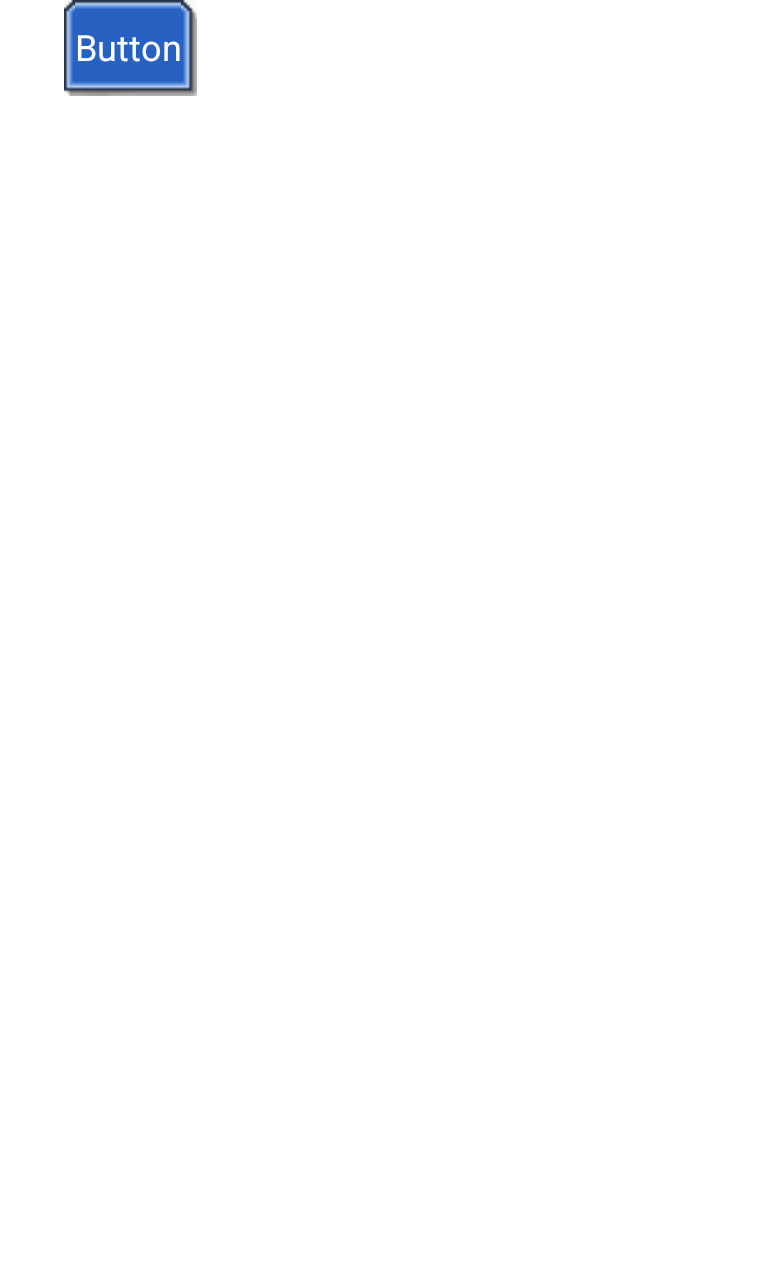
Repository: CMPUT301W13T11/classproject
Layout: FoodBook/res/layout/activity_main_screen.xml
The author's editor kept a copy of each file at every save. The layout is drawn from the files as they stood at one save, then again after the next save.
It is drawn on a 768 x 1280 px phone screen (xhdpi) without system bars, with theme AppTheme; the app's code is not run.

Above is the layout before, as saved 2013-03-06 02:19:07.

After the next save:
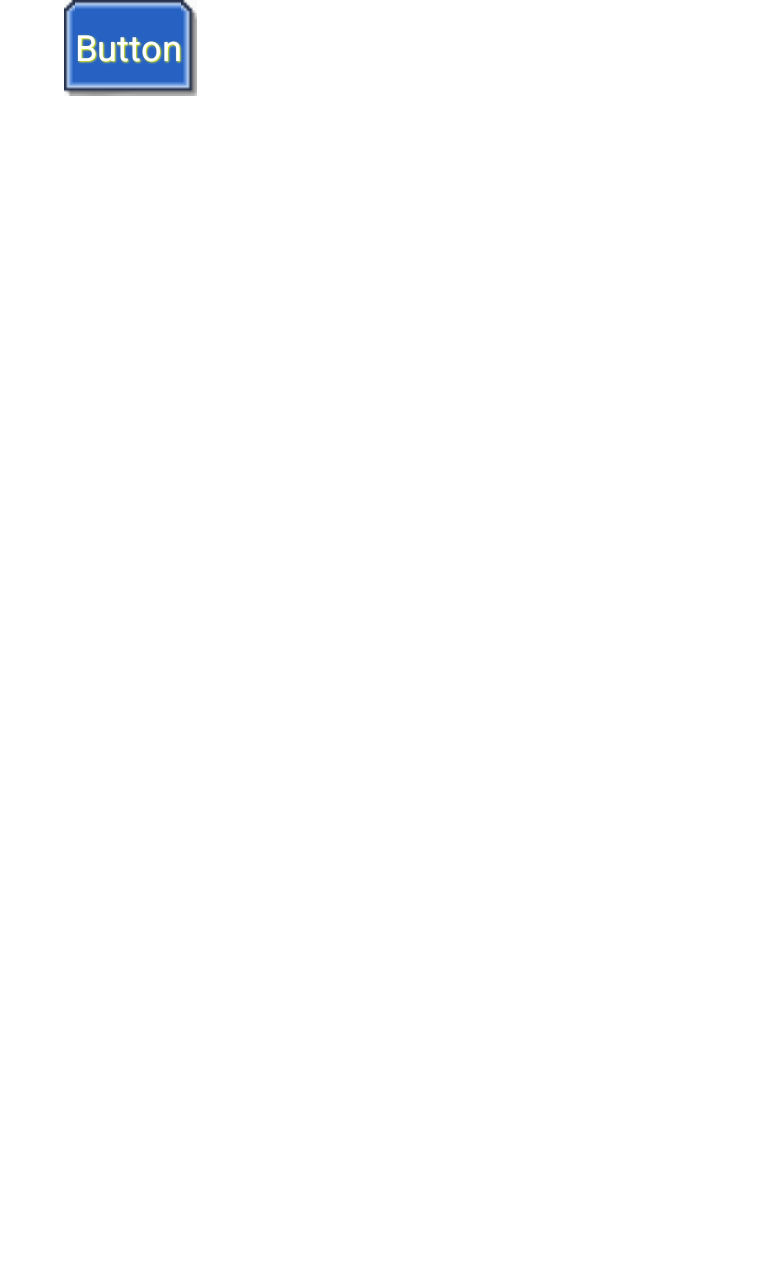
Saved 23 s later.
--- a/FoodBook/res/layout/activity_main_screen.xml
+++ b/FoodBook/res/layout/activity_main_screen.xml
@@ -15,6 +15,7 @@
         android:shadowColor="#FFFF00"
         android:shadowDx="1"
         android:shadowDy="1"
+        android:shadowRadius="1"
         android:text="Button"
         android:textColor="#FFFFFF" />
 

After the save that followed:
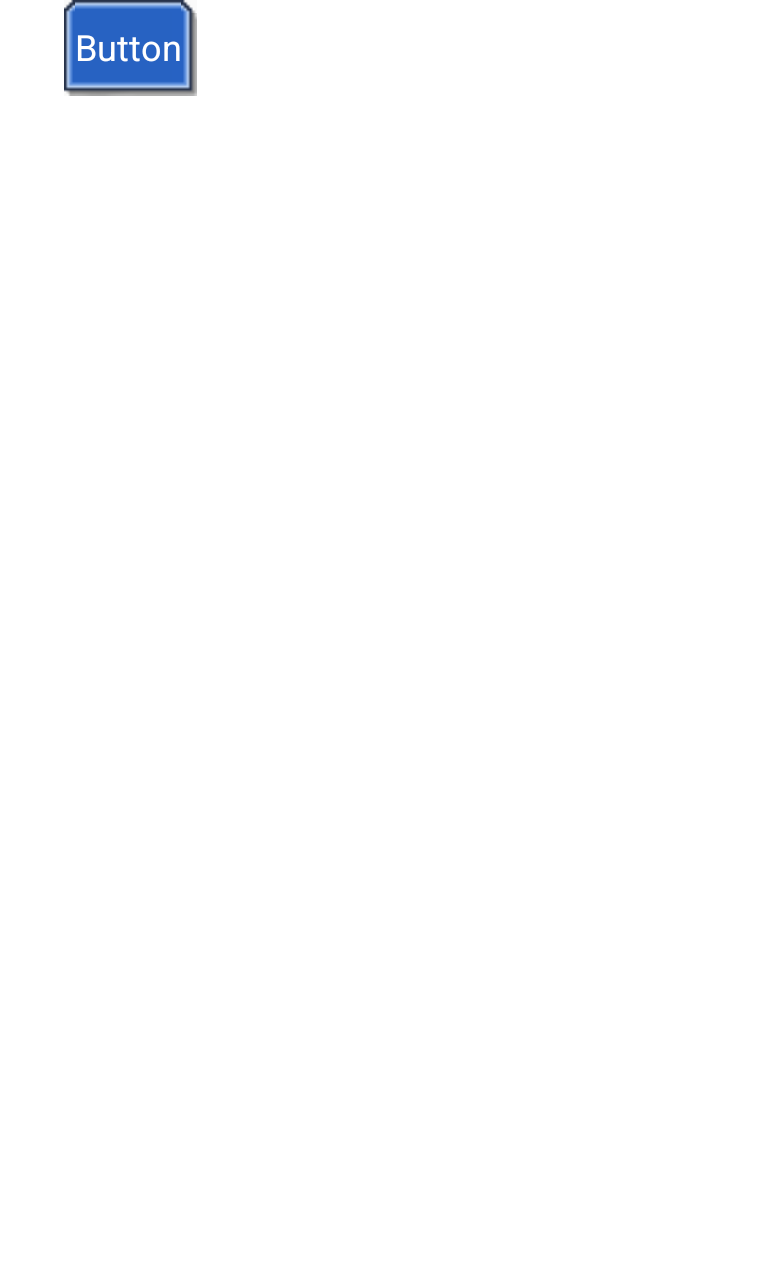
Saved 6 s later.
--- a/FoodBook/res/layout/activity_main_screen.xml
+++ b/FoodBook/res/layout/activity_main_screen.xml
@@ -15,7 +15,7 @@
         android:shadowColor="#FFFF00"
         android:shadowDx="1"
         android:shadowDy="1"
-        android:shadowRadius="1"
+        android:shadowRadius="10000000"
         android:text="Button"
         android:textColor="#FFFFFF" />
 
